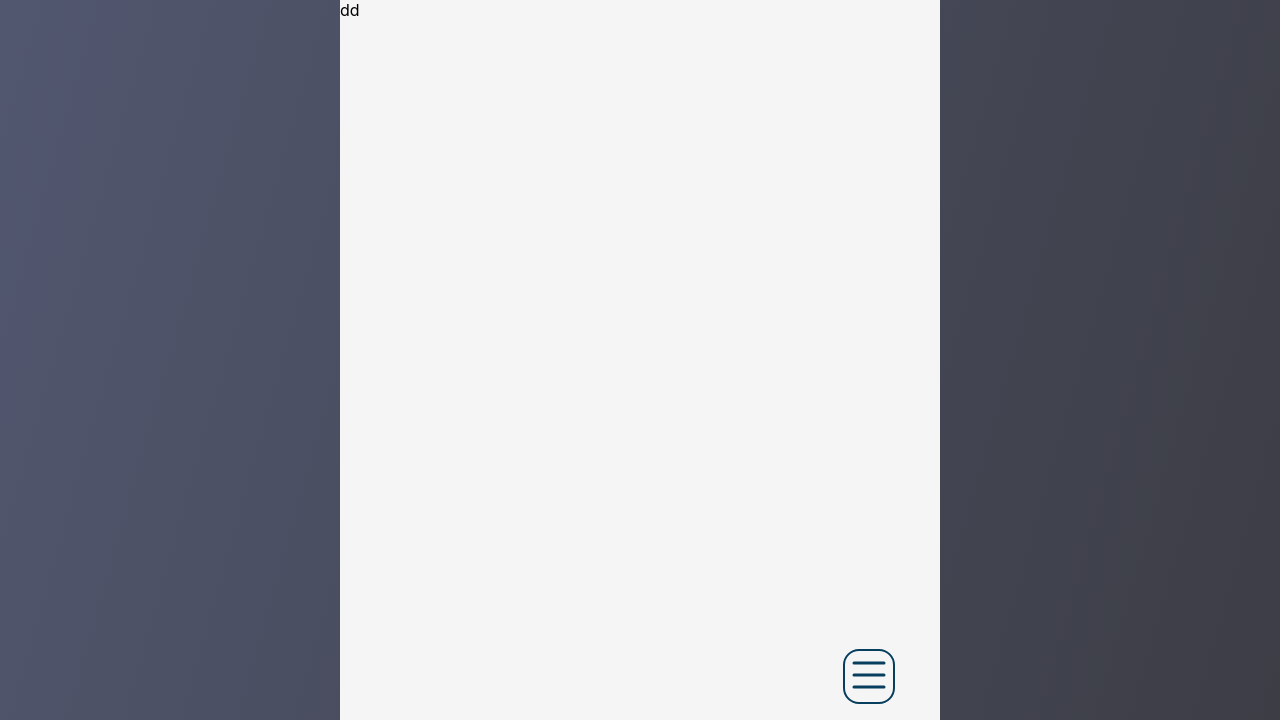
Repository: SeungYn/hanium
Page: /
An editor plug-in stored every save of this project. The page is shown before and after the next save, followed by the edit.
The browser window is 1280 px wide. The pictures show the whole page.
The project was rebuilt for these pictures with package versions that can differ from the ones it lists, and the page was loaded fresh each time. Also part of the build but not shown: src/App.css, src/components/ReadPopup/ReadPopup.module.css, src/components/ReadPopup/ReadPopup.jsx, src/pages/login/Login.jsx.

Above is the page before, as saved 2022-10-26 23:36:03.

After the next save:
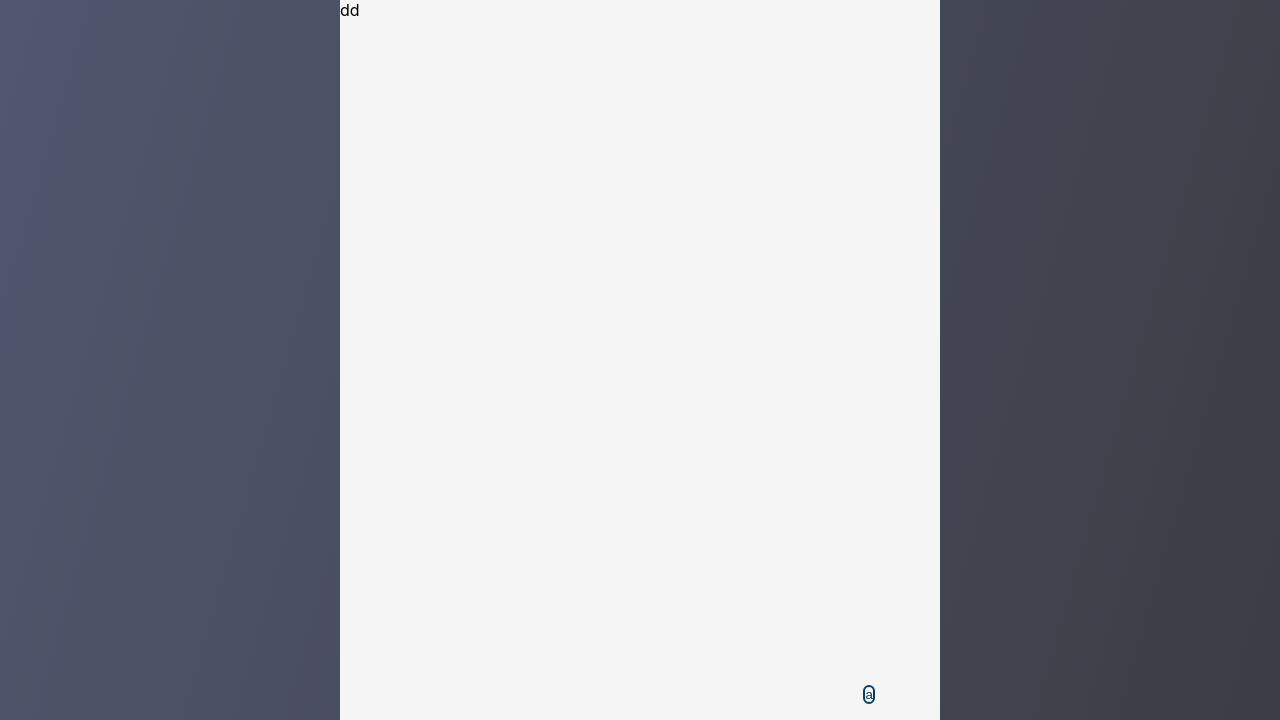
Saved 46 s later.
--- a/src/components/Navbar/Navbar.jsx
+++ b/src/components/Navbar/Navbar.jsx
@@ -10,9 +10,10 @@
   const navMenuRef = useRef();
   const handleBtn = (e) => {
     console.log(e);
+
     navMenuRef.current.style.height = '100%';
-    navMenuRef.current.style.opacity = '1';
-    navMenuRef.current.style.pointerEvents = 'all';
+    // navMenuRef.current.style.opacity = '1';
+    // navMenuRef.current.style.pointerEvents = 'all';
   };
   return (
     <nav className={styles.nav}>
@@ -67,7 +68,7 @@
           </NavLink>
         </div>
         <button className={styles.btn} onClick={handleBtn}>
-          <BsList />
+          a
         </button>
       </IconContext.Provider>
     </nav>

After the 2 saves that followed:
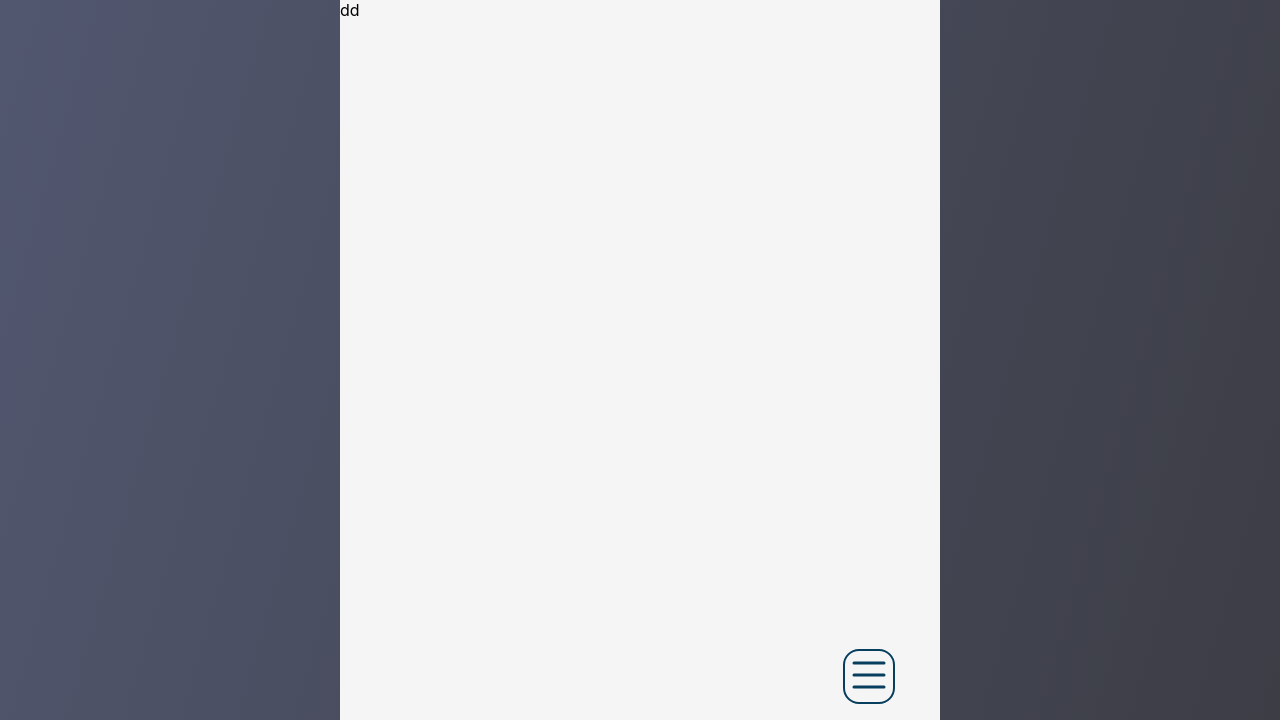
The 2 saves are shown as one change because they came seconds apart.
The last was saved 12 s later.
--- a/src/components/Navbar/Navbar.jsx
+++ b/src/components/Navbar/Navbar.jsx
@@ -68,7 +68,7 @@
           </NavLink>
         </div>
         <button className={styles.btn} onClick={handleBtn}>
-          a
+          <BsList />
         </button>
       </IconContext.Provider>
     </nav>
